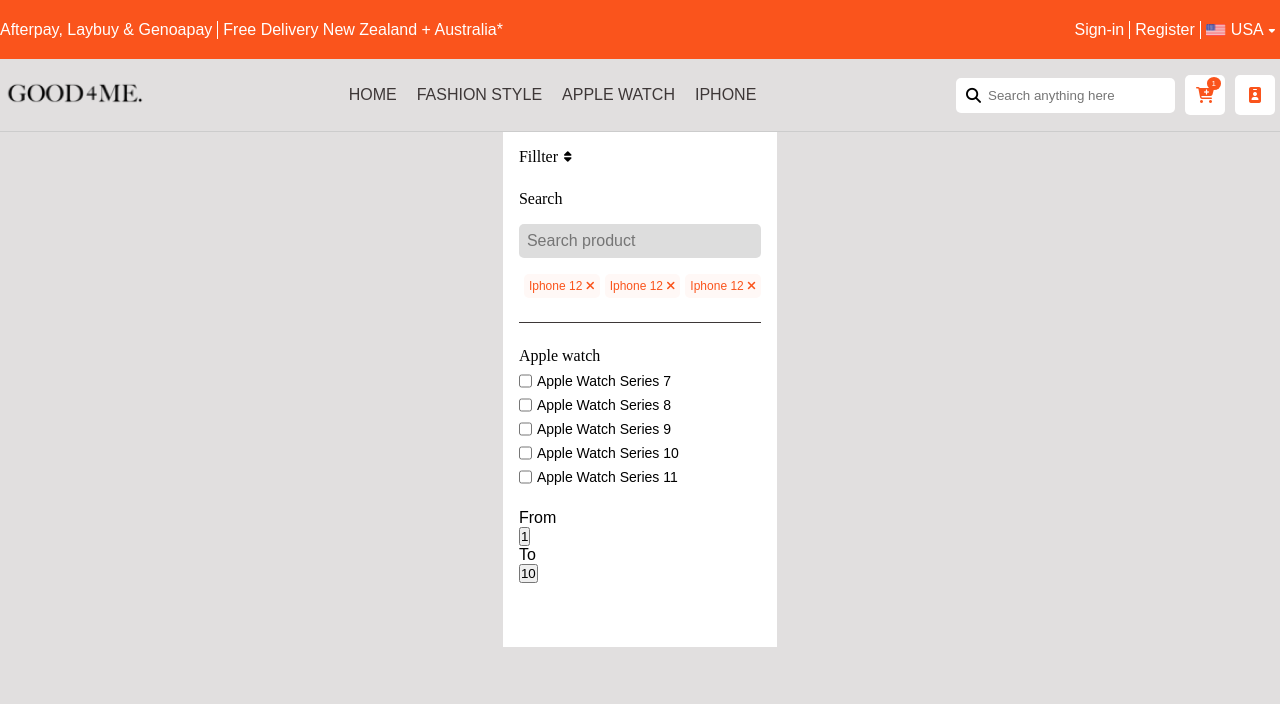
Repository: Ngoc28/Shoppe-web
Page: html/category.html
These files come from the project's save history. The page is drawn as it stood at one moment and after the next save; the edit follows.
The browser window is 1280 px wide. The pictures show the whole page.
Some web fonts or font styles are not loaded; a fallback is used.

Above is the page before, as saved 2023-08-08 14:25:43.

After the next save:
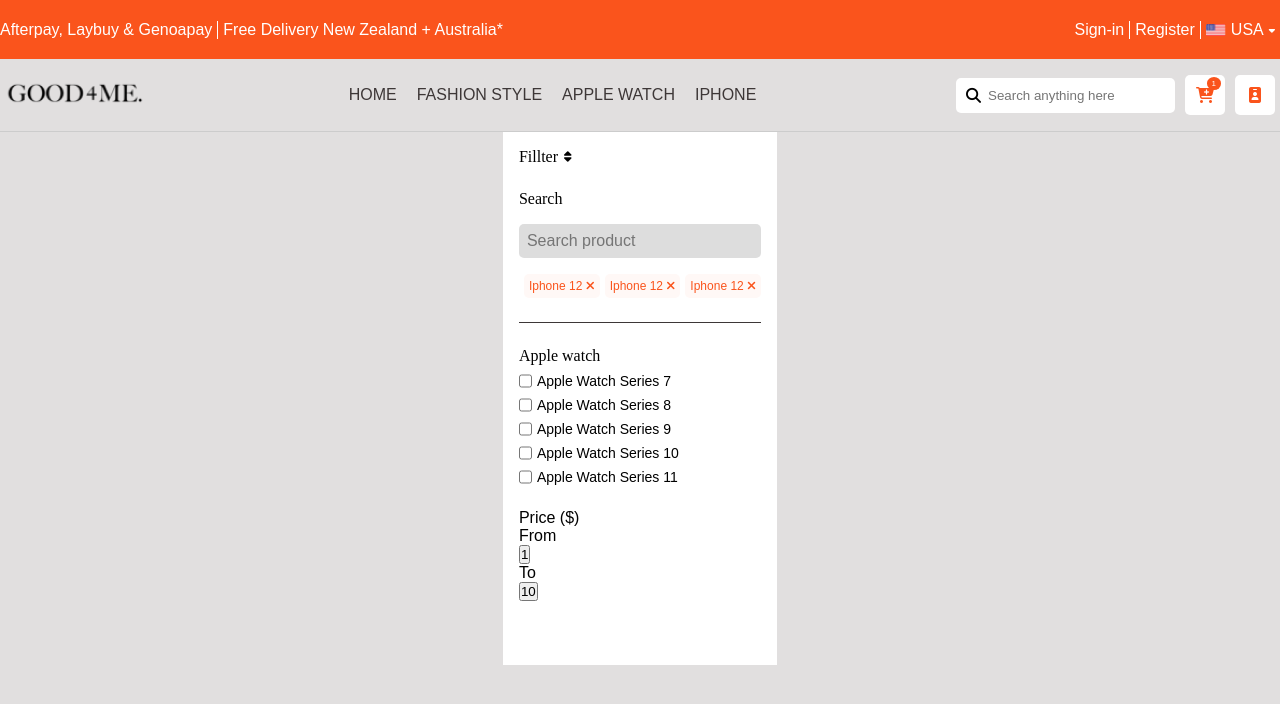
Saved 6 s later.
--- a/html/category.html
+++ b/html/category.html
@@ -120,7 +120,7 @@
                 </div>
                 <div class="container-nav-price">
                     <p class="container-nav-price-title">
-
+                        Price ($)
                     </p>
                     <div class="container-nav-price-about">
                         <div class="container-nav-price-from">
